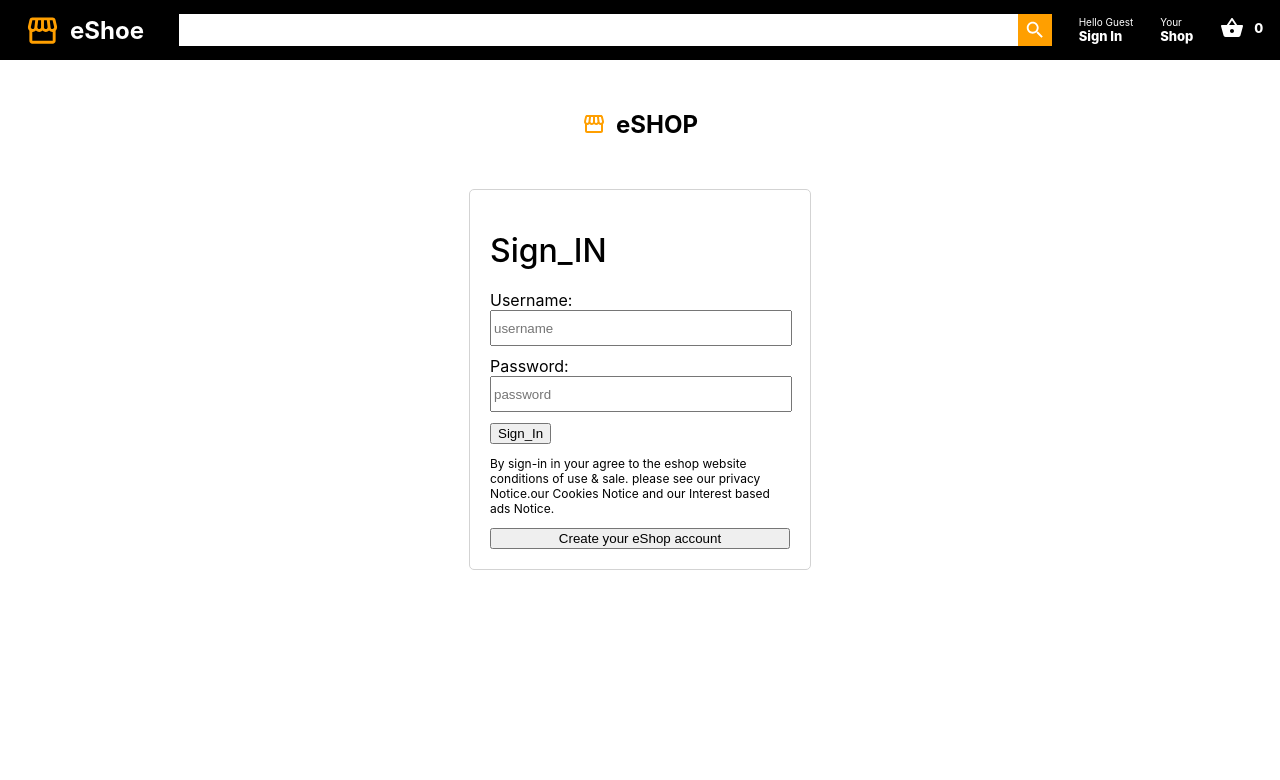
Repository: sandeepreddyvitta/react
Page: /login (app in eshop/)
The author's editor kept a copy of each file at every save. The page is drawn from the files as they stood at one save, then again after the next save.
The browser window is 1280 px wide. The pictures show the whole page.
The project was rebuilt for these pictures with package versions that can differ from the ones it lists, and the page was loaded fresh each time. Also part of the build but not shown: eshop/src/components/products/product.scss, eshop/src/components/products/Product.js, eshop/src/components/home/home.scss, eshop/src/components/home/Home.js, eshop/src/components/checkOut/checkout.scss, eshop/src/components/checkOut/checkoutproduct.scss, eshop/src/components/checkOut/CheckOutProduct.js, eshop/src/components/checkOut/subtotal.scss and 2 more.

Above is the page before, as saved 2022-12-07 11:49:58.

After the next save:
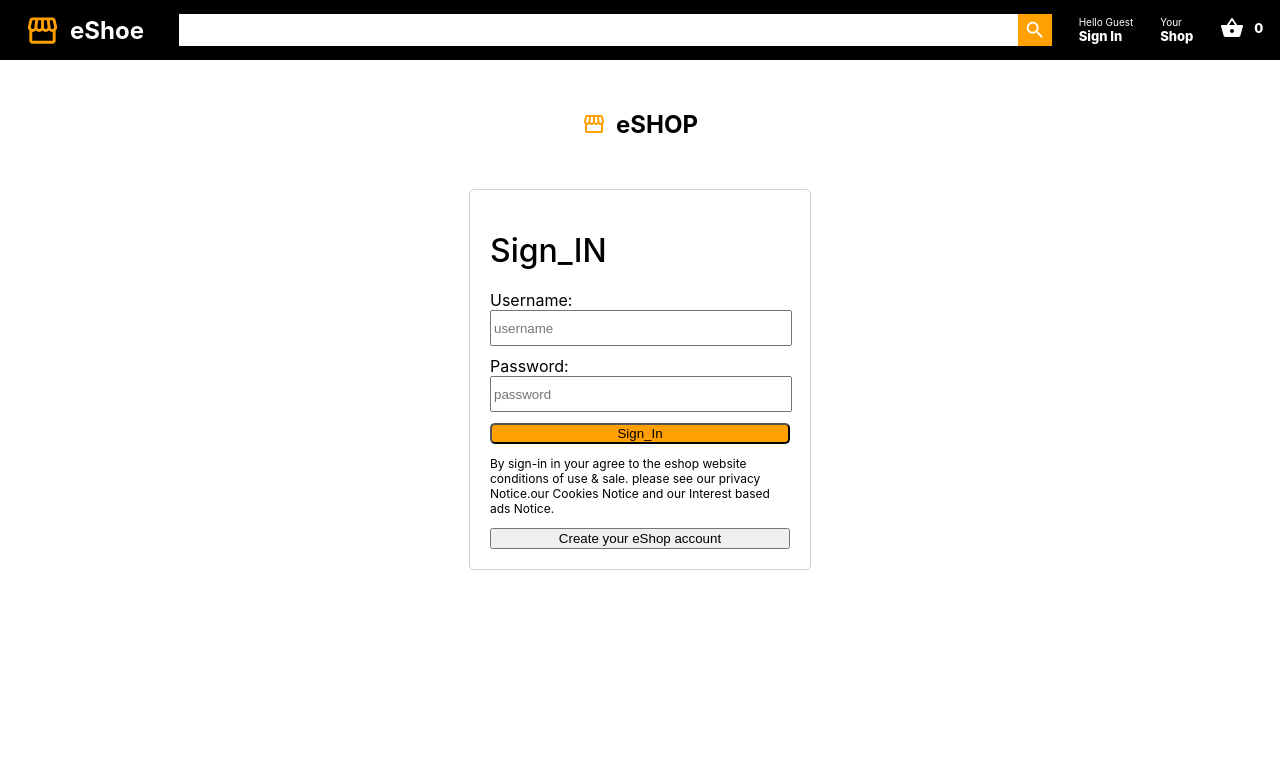
Saved 48 s later.
--- a/eshop/src/components/login/login.scss
+++ b/eshop/src/components/login/login.scss
@@ -29,5 +29,10 @@
             width:98%;
             margin-bottom: 10px;
         }
+        .submitButton{
+            background-color:#ff9f00;
+            border-radius:5px;
+            width: 100%;
+        }
     }
 }
